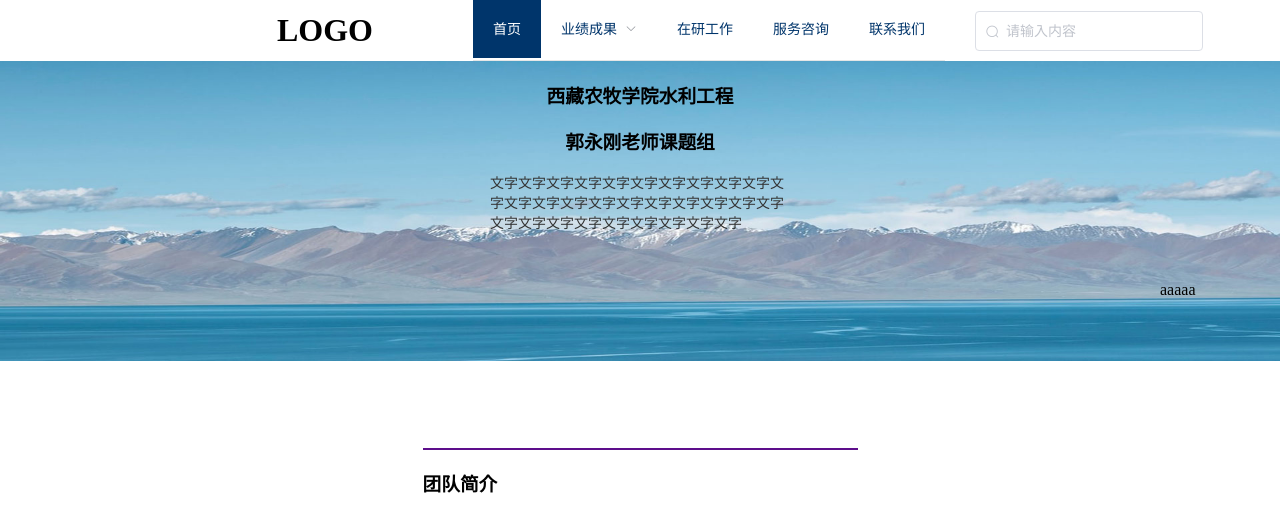
Repository: BLSY/xzust
Page: /
The author's editor kept a copy of each file at every save. The page is drawn from the files as they stood at one save, then again after a run of saves.
The browser window is 1280 px wide. The pictures show the whole page.
The project was rebuilt for these pictures with package versions that can differ from the ones it lists, and the page was loaded fresh each time.

Above is the page before, as saved 2022-11-26 21:17:39.

After the next 2 saves:
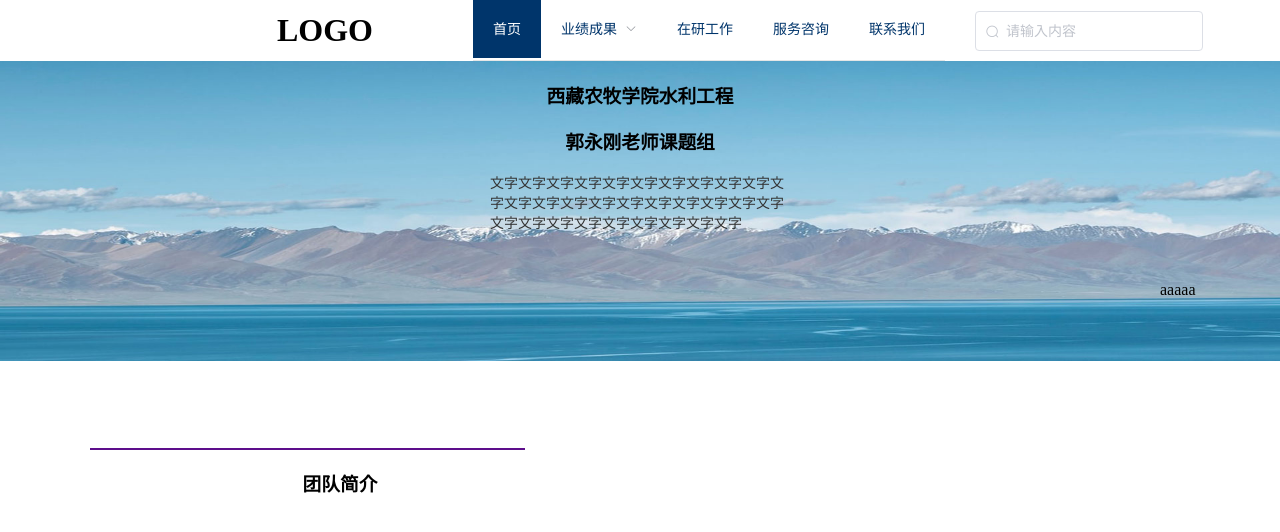
The 2 saves are shown as one change because they came seconds apart.
The last was saved 10 s later.
--- a/src/components/HelloWorld.vue
+++ b/src/components/HelloWorld.vue
@@ -152,11 +152,11 @@ export default {
     align-items: center;
     justify-content: center;
   }
-  .teamLeft{
+  .team-left{
     width: 500px;
     text-align: center;
   }
-  .teamRight{
+  .team-right{
     width: 600px;
   }
   .line{
